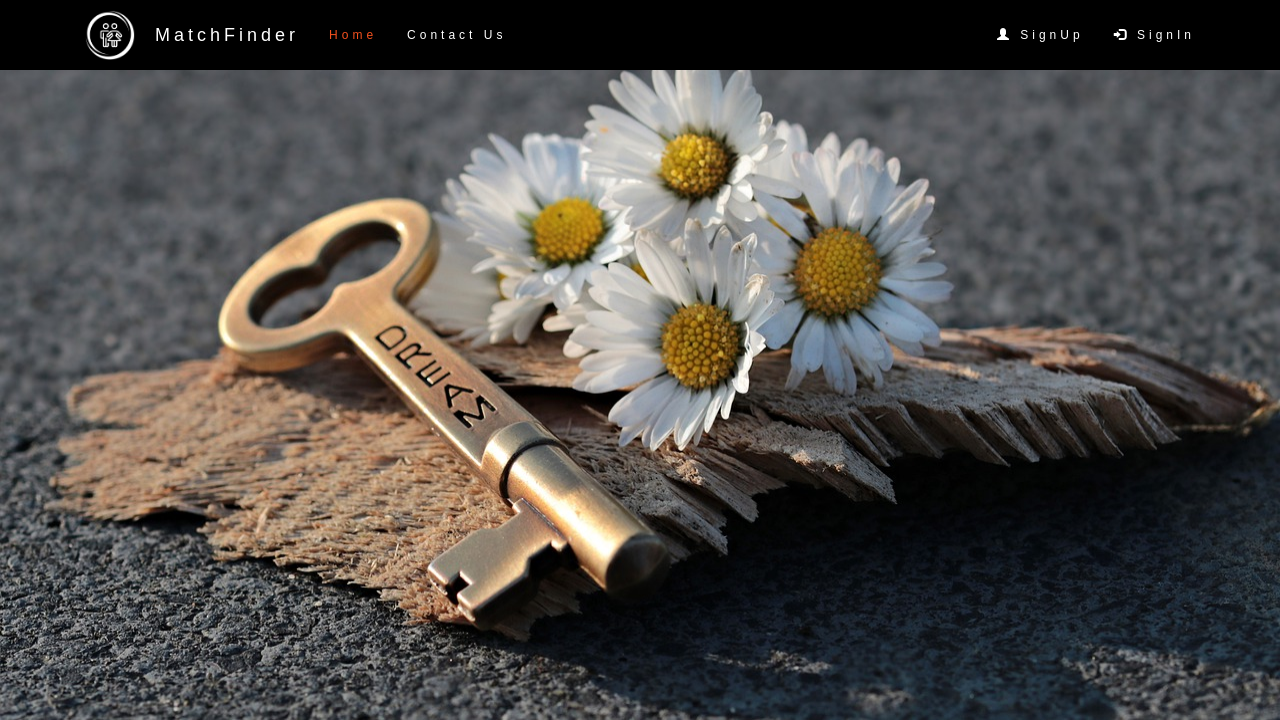
Repository: vibhu95/MatchFinder
Page: http://localhost/MatchFinder/profile.jsp
An editor plug-in stored every save of this project. The page is shown before and after the next save, followed by the edit.
The browser window is 1280 px wide. The pictures show the whole page.
Some web libraries are served in a nearby version. The page is served by Tomcat 9.

Above is the page before, as saved 2018-01-31 10:51:04.

After the next save:
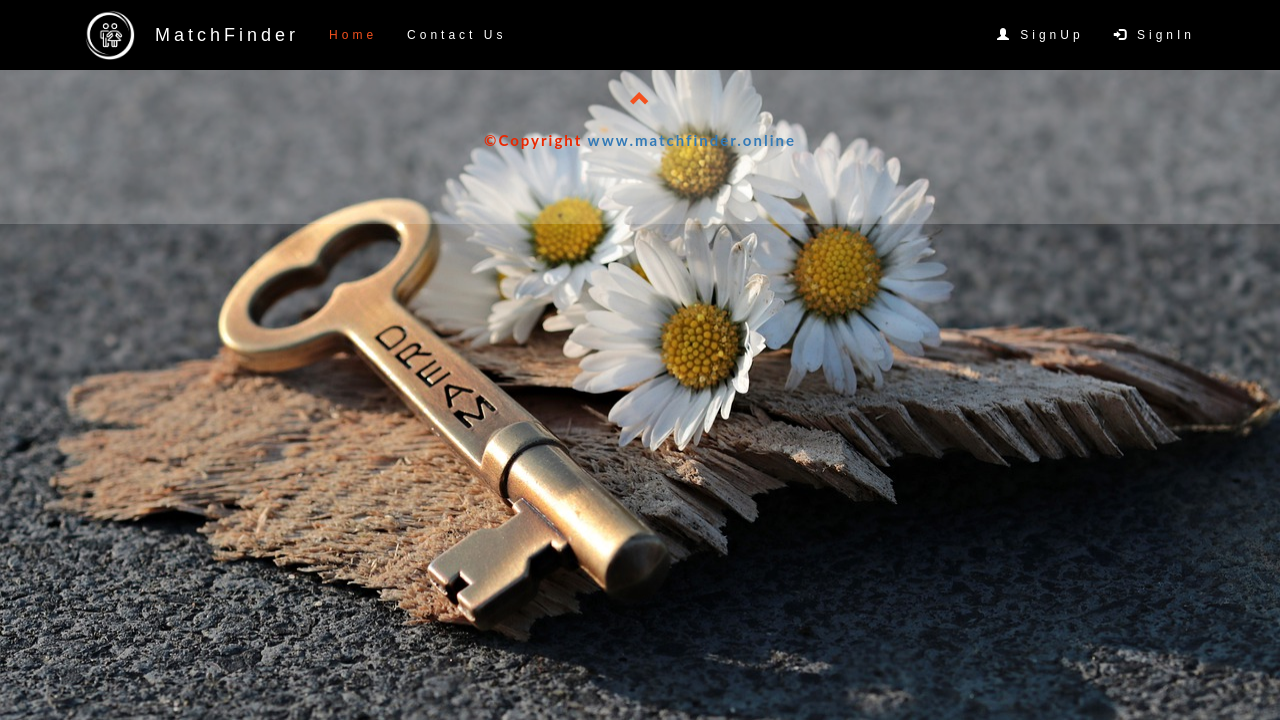
Saved 19 s later.
--- a/workspace/MatchFinder/WebContent/profile.jsp
+++ b/workspace/MatchFinder/WebContent/profile.jsp
@@ -8,5 +8,4 @@
 
 
 
-</body>
-</html>
+<%@include file="footer.jsp" %>
